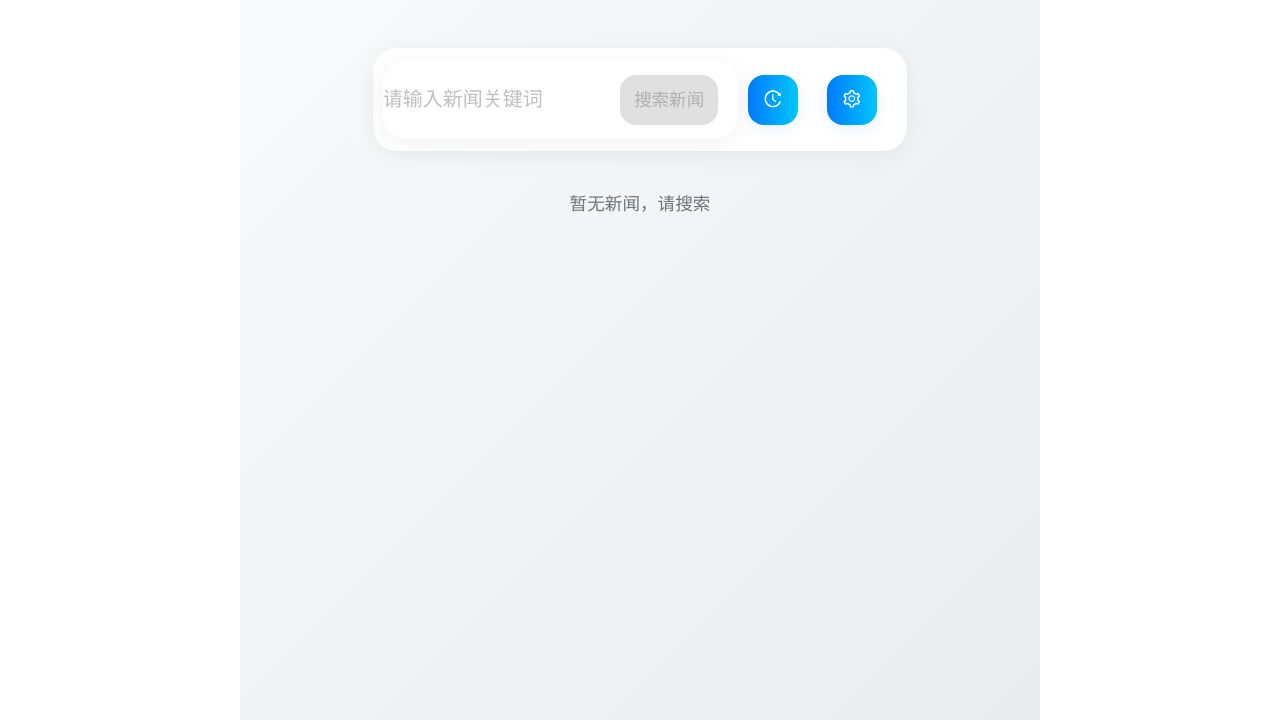
Repository: XJN7197/NewsAssistantBaseMCP
Page: / (app in frontend/)
An editor plug-in stored every save of this project. The page is shown before and after the next save, followed by the edit.
The browser window is 1280 px wide. The pictures show the whole page.
The project was rebuilt for these pictures with package versions that can differ from the ones it lists, and the page was loaded fresh each time. Also part of the build but not shown: frontend/vite.config.ts, frontend/src/components/NewsCard.tsx.

Above is the page before, as saved 2025-05-25 19:57:43.

After the next save:
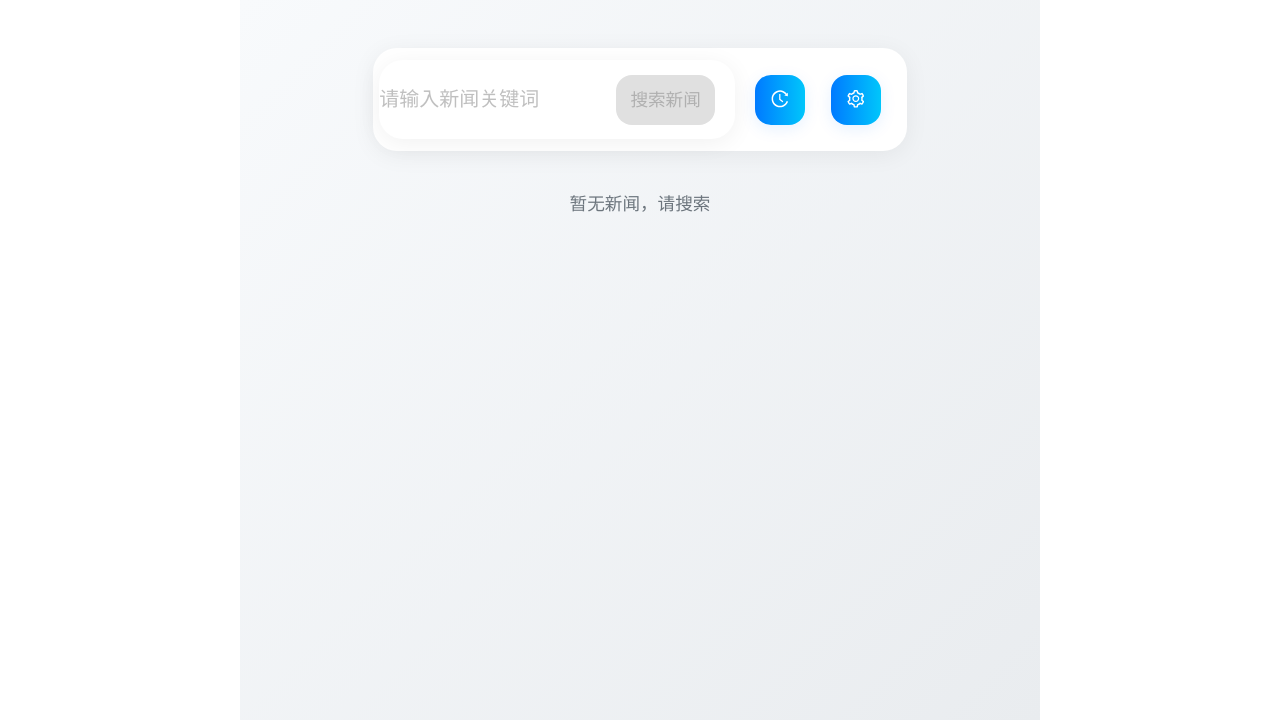
Saved 2 min 21 s later.
--- a/frontend/src/pages/Home.tsx
+++ b/frontend/src/pages/Home.tsx
@@ -350,7 +350,7 @@ const Home: React.FC = () => {
             setShowHistory(true);
             fetchHistoryReports();
           }}
-          style={{ width:'50px',borderRadius: '16px', padding: '14px', fontSize: '1.1rem', fontWeight: 500}} // 保持原有部分样式
+          style={{ width:'50px',borderRadius: '16px', padding: '14px', fontSize: '1.1rem', fontWeight: 500, marginLeft: '14px' }} // 保持原有部分样式
         >
         </AntButton>
         {/* 设置按钮 */}
